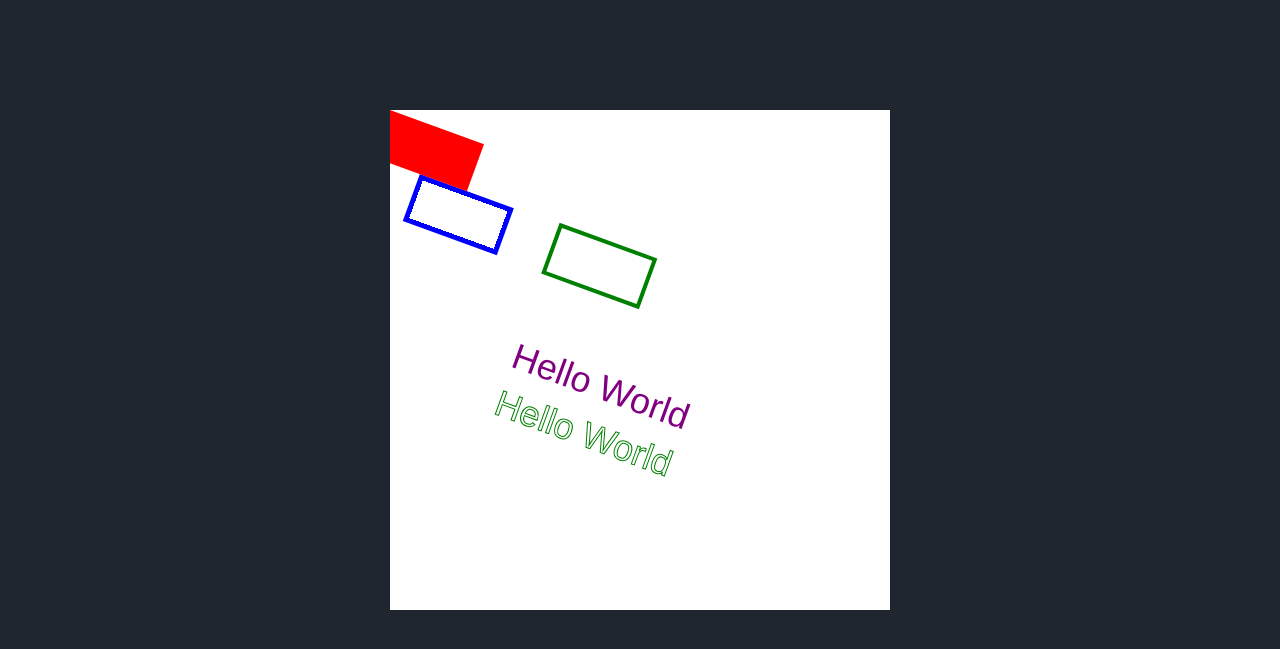
Repository: thecodeholic/cst-javascript-course
Page: /
The author's editor kept a copy of each file at every save. The page is drawn from the files as they stood at one save, then again after a run of saves.
The browser window is 1280 px wide. The pictures show the whole page.
The project was rebuilt for these pictures with package versions that can differ from the ones it lists, and the page was loaded fresh each time.

Above is the page before, as saved 2020-11-25 10:40:05.

### index.html
<!doctype html>
<html lang="en">
  <head>
    <!-- Required meta tags -->
    <meta charset="utf-8">
    <meta name="viewport" content="width=device-width, initial-scale=1, shrink-to-fit=no">

    <!-- Bootstrap CSS -->
    <link rel="stylesheet" href="https://stackpath.bootstrapcdn.com/bootstrap/4.5.2/css/bootstrap.min.css" integrity="sha384-JcKb8q3iqJ61gNV9KGb8thSsNjpSL0n8PARn9HuZOnIxN0hoP+VmmDGMN5t9UJ0Z" crossorigin="anonymous">

    <title>Javascript Course</title>

    <link rel="stylesheet" href="app.css">
  </head>
  <body>
    <canvas id="myCanvas" width="500" height="500">Your browser does not support canvas</canvas>
    <script src="app.js"></script>
    <!-- <script src="homework.js"></script> -->
  </body>
</html>

### app.css
* {
    box-sizing: border-box;
}
html {
    height: 100%;
}

body {
    background-color: rgb(31, 38, 48);
    display: flex;
    align-items: center;
    justify-content: center;
    height: 100%;;
}

canvas {
    background-color: #FFF;

}

### app.js
// What is canvas?
// https://developer.mozilla.org/en-US/docs/Web/API/Canvas_API/Tutorial
// https://www.w3schools.com/html/html5_canvas.asp
// https://www.w3schools.com/graphics/canvas_intro.asp
// https://www.w3schools.com/graphics/canvas_reference.asp
// https://developer.mozilla.org/en-US/docs/Web/API/Canvas_API

// How to create it and use it
const canvas = document.getElementById('myCanvas');
const ctx = canvas.getContext('2d');

// ctx.translate(canvas.width/2, canvas.height/2);
ctx.rotate(degToRad(20))

// Draw rectangles
// =================
// fillRect
ctx.fillStyle = 'blue';
ctx.fillRect(50, 50, 100, 50);

ctx.fillStyle = 'red';
ctx.fillRect(0, 0, 100, 50);

function degToRad(deg) {
    return (Math.PI/180) * deg;
}

// strokeRect
ctx.strokeStyle = 'green';
ctx.lineWidth = 4;
ctx.strokeRect(200, 50, 100, 50);

// clearRect
ctx.clearRect(55, 55, 90, 40);

// fillText
ctx.font = '36px Arial';
ctx.fillStyle = 'purple';
ctx.fillText("Hello World", 200, 200)

// strokeText
ctx.lineWidth = 1;
ctx.strokeText("Hello World", 200, 250);

// // Paths   beginPath, moveTo, lineTo, closePath, stroke, fill
// // ==============
// ctx.beginPath();
// ctx.moveTo(200, 300);
// ctx.lineTo(300, 300);
// ctx.lineTo(300, 400);
// ctx.closePath();
// ctx.stroke();

// // Arcs
// // ====================
// ctx.beginPath();
// ctx.lineWidth = 4;
// ctx.arc(100, 300, 50, 0, 2 * Math.PI);
// ctx.stroke();

// ctx.beginPath();
// ctx.moveTo(75, 25);
// ctx.quadraticCurveTo(25, 25, 25, 62.5);
// ctx.quadraticCurveTo(25, 100, 50, 100);
// ctx.quadraticCurveTo(50, 120, 30, 125);
// ctx.quadraticCurveTo(60, 120, 65, 100);
// ctx.quadraticCurveTo(125, 100, 125, 62.5);
// ctx.quadraticCurveTo(125, 25, 75, 25);
// ctx.stroke();

// Draw image
// ====================
// const image = new Image();
// image.src = 'char.png';
// image.onload = function() {
//     canvas.width = 100;
//     canvas.height = 100;
//     ctx.drawImage(image, 0, 0);
//     const data = ctx.getImageData(130, 130, 30, 30);
//     console.log(data);
//     ctx.putImageData(data, 200, 200);
// }

// Write text
// ====================

// Ball animation
// const ball = {
//     x: 100,
//     y: 100,
//     r: 20,
//     dx: 0,
//     dy: 0
// };


// function clear(){
//     ctx.clearRect(0, 0, canvas.width, canvas.height)
// }

// function drawBall() {
//     clear();
//     ctx.beginPath();

//     if (ball.x + ball.r >= canvas.width || ball.x - ball.r <= 0) {
//         ball.dx *= -1;
//     }
//     if (ball.y + ball.r >= canvas.height || ball.y - ball.r <= 0) {
//         ball.dy *= -1;
//     }

//     ctx.arc(ball.x, ball.y, ball.r, 0, 2 * Math.PI);
//     ctx.fillStyle = 'green'
//     ctx.fill();

//     ball.x += ball.dx;
//     ball.y += ball.dy;
// }

// function update() {
//     drawBall();

//     requestAnimationFrame(update);
// }

// document.addEventListener('keydown', function(ev) {
//     console.log(ev);
//     if (ev.key === 'ArrowRight') {
//         ball.dx = 3;
//     } else if (ev.key === 'ArrowLeft') {
//         ball.dx = -3;
//     } else if (ev.key === 'ArrowUp') {
//         ball.dy = -3;
//     } else if (ev.key === 'ArrowDown') {
//         ball.dy = 3;
//     }

// });

// document.addEventListener('keyup', function() {
//     ball.dx = 0;
//     ball.dy = 0;
// })

// update();

Loaded but not shown: src/index.js (no copy from this time; the picture is the same without it)

After the next 2 saves:
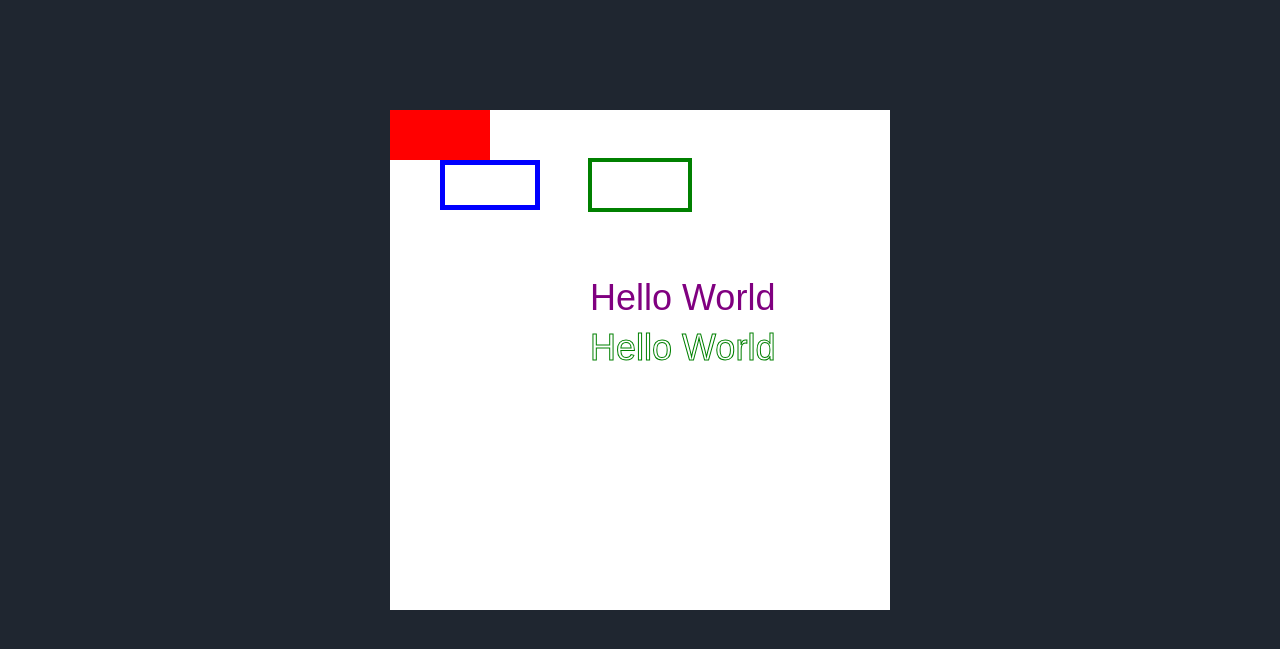
The 2 saves are shown as one change because they came seconds apart.
The last was saved 14 s later.
--- a/app.js
+++ b/app.js
@@ -8,9 +8,6 @@
 // How to create it and use it
 const canvas = document.getElementById('myCanvas');
 const ctx = canvas.getContext('2d');
-
-// ctx.translate(canvas.width/2, canvas.height/2);
-ctx.rotate(degToRad(20))
 
 // Draw rectangles
 // =================
@@ -41,6 +38,9 @@ ctx.fillText("Hello World", 200, 200)
 // strokeText
 ctx.lineWidth = 1;
 ctx.strokeText("Hello World", 200, 250);
+
+ctx.translate(canvas.width/2, canvas.height/2);
+ctx.rotate(degToRad(20))
 
 // // Paths   beginPath, moveTo, lineTo, closePath, stroke, fill
 // // ==============
